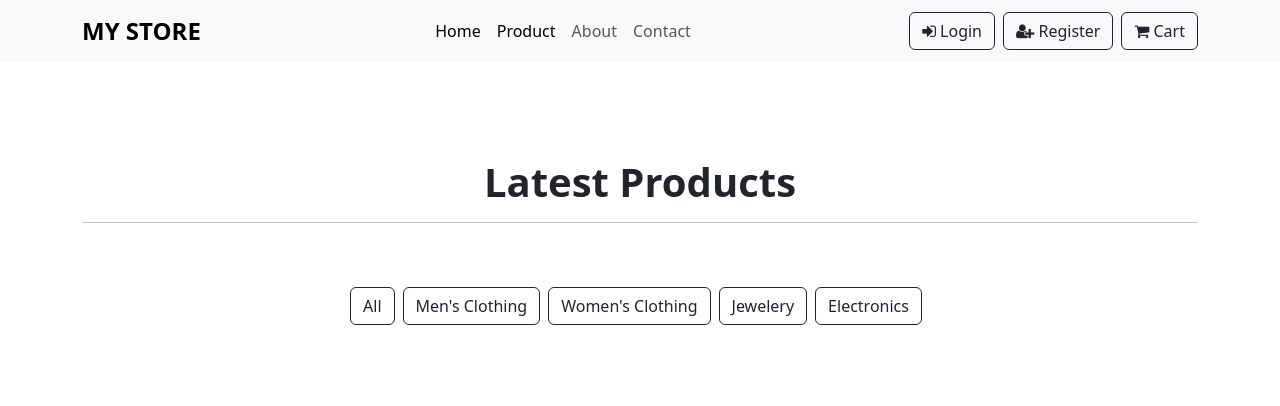
Repository: asad3407886839/E-commerce-Store
Page: /products (app in vite-project/)
These files come from the project's save history. The page is drawn as it stood at one moment and after the next save; the edit follows.
The browser window is 1280 px wide. The pictures show the whole page.
The page's requests for data from a server got no answer. The project was rebuilt for these pictures with package versions that can differ from the ones it lists, and the page was loaded fresh each time. No one was signed in, and anything a server would have sent is missing. Also part of the build but not shown: vite-project/vite.config.js, vite-project/src/index.css.

Above is the page before, as saved 2024-06-29 19:27:56.

### vite-project/src/main.jsx
import React from 'react';
import ReactDOM from 'react-dom/client';
import App from './App.jsx';
import './index.css';
import 'bootstrap/dist/css/bootstrap.min.css';
import 'bootstrap/dist/js/bootstrap.bundle';
import 'font-awesome/css/font-awesome.min.css';

ReactDOM.createRoot(document.getElementById('root')).render(
  <React.StrictMode>
    <App />
  </React.StrictMode>
);

### vite-project/src/App.jsx
import React from 'react';
import Navbar from './components/Navbar';
import Home from './components/Home';
import Products from './components/Products';
import { BrowserRouter, Routes, Route } from 'react-router-dom';

const App = () => {
  return (
    <BrowserRouter>
      <div>
        <Navbar />
        <Routes>
          <Route path="/" element={<Home />} />
          <Route path="/products" element={<Products />} />
        </Routes>
      </div>
    </BrowserRouter>
  );
};

export default App;

### vite-project/src/components/Navbar.jsx
import React from 'react';
import { NavLink } from 'react-router-dom';

const Navbar = () => {
  return (
    <div>
      <nav className="navbar navbar-expand-lg navbar-light bg-light">
        <div className="container">
          <NavLink className="navbar-brand fw-bold fs-4" to="/">MY STORE</NavLink>
          <button
            className="navbar-toggler"
            type="button"
            data-bs-toggle="collapse"
            data-bs-target="#navbarSupportedContent"
            aria-controls="navbarSupportedContent"
            aria-expanded="false"
            aria-label="Toggle navigation"
          >
            <span className="navbar-toggler-icon"></span>
          </button>
          <div className="collapse navbar-collapse" id="navbarSupportedContent">
            <ul className="navbar-nav mx-auto mb-2 mb-lg-0">
              <li className="nav-item">
                <NavLink className="nav-link active" aria-current="page" to="/">Home</NavLink>
              </li>
              <li className="nav-item">
                <NavLink className="nav-link" to="/products">Product</NavLink>
              </li>
              <li className="nav-item">
                <NavLink className="nav-link" to="/about">About</NavLink>
              </li>
              <li className="nav-item">
                <NavLink className="nav-link" to="/contact">Contact</NavLink>
              </li>
            </ul>
            <div className="buttons">
              <NavLink to="/login" className="btn btn-outline-dark">
                <i className="fa fa-sign-in"></i> Login
              </NavLink>
              <NavLink to="/register" className="btn btn-outline-dark ms-2">
                <i className="fa fa-user-plus"></i> Register
              </NavLink>
              <NavLink to="/cart" className="btn btn-outline-dark ms-2">
                <i className="fa fa-shopping-cart"></i> Cart
              </NavLink>
            </div>
          </div>
        </div>
      </nav>
    </div>
  );
};

export default Navbar;

### vite-project/src/components/Products.jsx
import React, { useState, useEffect } from 'react';

const Products = () => {
  const [data, setData] = useState([]);
  const [filter, setFilter] = useState([]);
  const [loading, setLoading] = useState(false);

  useEffect(() => {
    let componentMounted = true;
    const fetchProducts = async () => {
      setLoading(true);
      try {
        const response = await fetch('https://fakestoreapi.com/productss');
        const result = await response.json();
        if (componentMounted) {
          setData(result);
          setFilter(result);
          setLoading(false);
        }
      } catch (error) {
        console.error("Error fetching data:", error);
        setLoading(false);
      }
    };

    fetchProducts();

    return () => {
      componentMounted = false;
    };
  }, []);

  if (loading) {
    return <div>Loading...</div>;
  }

  const showProducts = () => {
    return (
      <>
        <div className="buttons d-flex justify-content-center mb-5 pb-5">
          <button className="btn btn-outline-dark me-2" onClick={() => setFilter(data)}>All</button>
          <button className="btn btn-outline-dark me-2" onClick={() => setFilter(data.filter(product => product.category === "men's clothing"))}>Men's Clothing</button>
          <button className="btn btn-outline-dark me-2" onClick={() => setFilter(data.filter(product => product.category === "women's clothing"))}>Women's Clothing</button>
          <button className="btn btn-outline-dark me-2" onClick={() => setFilter(data.filter(product => product.category === 'jewelery'))}>Jewelery</button>
          <button className="btn btn-outline-dark me-2" onClick={() => setFilter(data.filter(product => product.category === 'electronics'))}>Electronics</button>
        </div>
        <div className="row">
          {filter.map((product) => (
            <div className="col-md-3 mb-4" key={product.id}>
              <div className="card h-100 text-center p-3">
                <img
                  src={product.image}
                  className="card-img-top"
                  alt={product.title}
                  height="250px"
                />
                <div className="card-body">
                  <h5 className="card-title">{product.title}</h5>
                  <p className="card-text lead fw-bold">${product.price}</p>
                  <a href="#" className="btn btn-outline-dark">
                    Buy Now
                  </a>
                </div>
              </div>
            </div>
          ))}
        </div>
      </>
    );
  };

  return (
    <div className="container my-5 py-5">
      <div className="row">
        <div className="col-12 mb-5">
          <h1 className="display-6 fw-bolder text-center">Latest Products</h1>
          <hr />
        </div>
      </div>
      <div className="row justify-content-center">
        {showProducts()}
      </div>
    </div>
  );
};

export default Products;

### vite-project/src/components/Home.jsx
import React from 'react';

const Home = () => {
  return (
    <div className="hero">
       <div className="card text-white bg-light position-relative m-3" >
       <img
          src="https://avatars.mds.yandex.net/i?id=39f40d791f1f7c86e921481b05da4f674ca95710-12803937-images-thumbs&n=13"
          className="card-img"
          alt="Card Image"
          style={{ maxHeight: '650px', width: 'auto' }}
        />
        <div className="card-img-overlay d-flex align-items-center justify-content-start">
          <div className="container text-start">
            <h5 className="card-title display-3 fw-bold mb-0 text-white">NEW SEASON ARRIVAL</h5>
            <p className="card-text text-uppercase text-white">Check Out All Trends</p>
          </div>
        </div>
      </div>
    </div>
  );
};

export default Home;

Loaded but not shown: vite-project/index.html (common file)

After the next save:
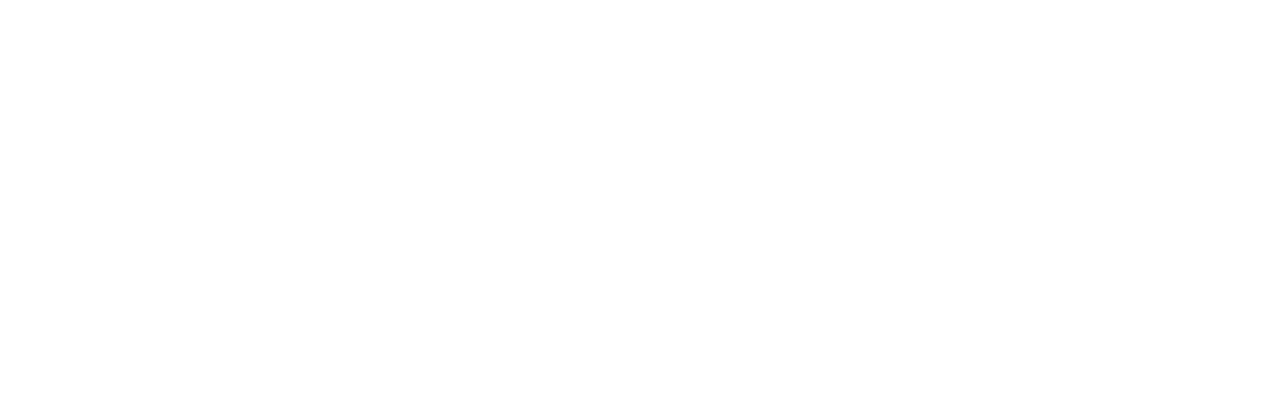
Console error: TypeError: Cannot destructure property 'future' of 'React2.useContext(...)' as it is null.
Saved 87 s later.
--- a/vite-project/src/App.jsx
+++ b/vite-project/src/App.jsx
@@ -2,19 +2,15 @@
 import Navbar from './components/Navbar';
 import Home from './components/Home';
 import Products from './components/Products';
-import { BrowserRouter, Routes, Route } from 'react-router-dom';
+// import { BrowserRouter, Routes, Route } from 'react-router-dom';
 
 const App = () => {
   return (
-    <BrowserRouter>
-      <div>
-        <Navbar />
-        <Routes>
-          <Route path="/" element={<Home />} />
-          <Route path="/products" element={<Products />} />
-        </Routes>
-      </div>
-    </BrowserRouter>
+    <div>
+      <Navbar />
+      <Home />
+      <Products />
+    </div>
   );
 };
 

After the 2 saves that followed:
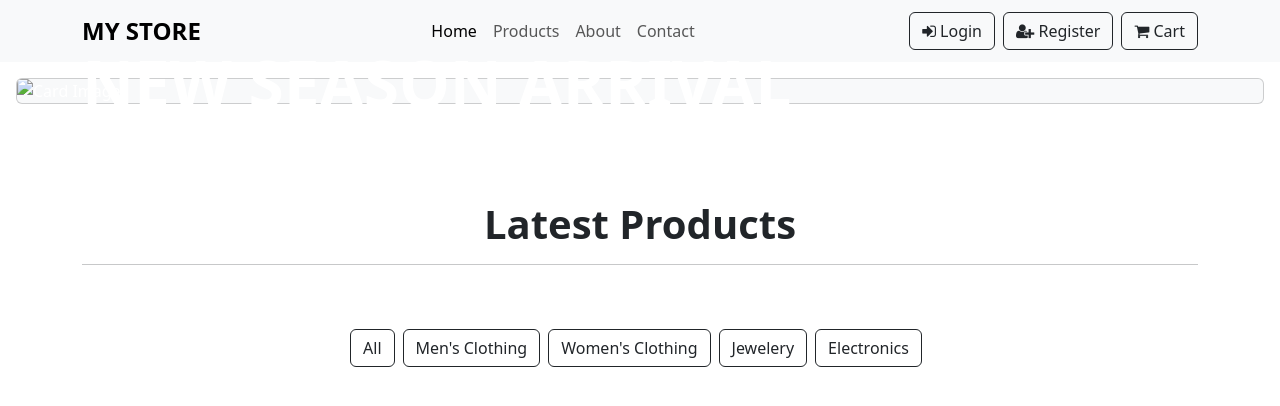
The error is gone.
The 2 saves are shown as one change because 1 left the picture as it was.
The last was saved 61 s later.
--- a/vite-project/src/main.jsx
+++ b/vite-project/src/main.jsx
@@ -7,7 +7,6 @@
 import 'font-awesome/css/font-awesome.min.css';
 
 ReactDOM.createRoot(document.getElementById('root')).render(
-  <React.StrictMode>
+
     <App />
-  </React.StrictMode>
 );
--- a/vite-project/src/components/Navbar.jsx
+++ b/vite-project/src/components/Navbar.jsx
@@ -1,12 +1,11 @@
 import React from 'react';
-import { NavLink } from 'react-router-dom';
 
 const Navbar = () => {
   return (
     <div>
       <nav className="navbar navbar-expand-lg navbar-light bg-light">
         <div className="container">
-          <NavLink className="navbar-brand fw-bold fs-4" to="/">MY STORE</NavLink>
+          <a className="navbar-brand fw-bold fs-4" href="/">MY STORE</a>
           <button
             className="navbar-toggler"
             type="button"
@@ -21,28 +20,28 @@
           <div className="collapse navbar-collapse" id="navbarSupportedContent">
             <ul className="navbar-nav mx-auto mb-2 mb-lg-0">
               <li className="nav-item">
-                <NavLink className="nav-link active" aria-current="page" to="/">Home</NavLink>
+                <a className="nav-link active" aria-current="page" href="/">Home</a>
               </li>
               <li className="nav-item">
-                <NavLink className="nav-link" to="/products">Product</NavLink>
+                <a className="nav-link" href="/products">Products</a>
               </li>
               <li className="nav-item">
-                <NavLink className="nav-link" to="/about">About</NavLink>
+                <a className="nav-link" href="/about">About</a>
               </li>
               <li className="nav-item">
-                <NavLink className="nav-link" to="/contact">Contact</NavLink>
+                <a className="nav-link" href="/contact">Contact</a>
               </li>
             </ul>
             <div className="buttons">
-              <NavLink to="/login" className="btn btn-outline-dark">
+              <a href="/login" className="btn btn-outline-dark">
                 <i className="fa fa-sign-in"></i> Login
-              </NavLink>
-              <NavLink to="/register" className="btn btn-outline-dark ms-2">
+              </a>
+              <a href="/register" className="btn btn-outline-dark ms-2">
                 <i className="fa fa-user-plus"></i> Register
-              </NavLink>
-              <NavLink to="/cart" className="btn btn-outline-dark ms-2">
+              </a>
+              <a href="/cart" className="btn btn-outline-dark ms-2">
                 <i className="fa fa-shopping-cart"></i> Cart
-              </NavLink>
+              </a>
             </div>
           </div>
         </div>
